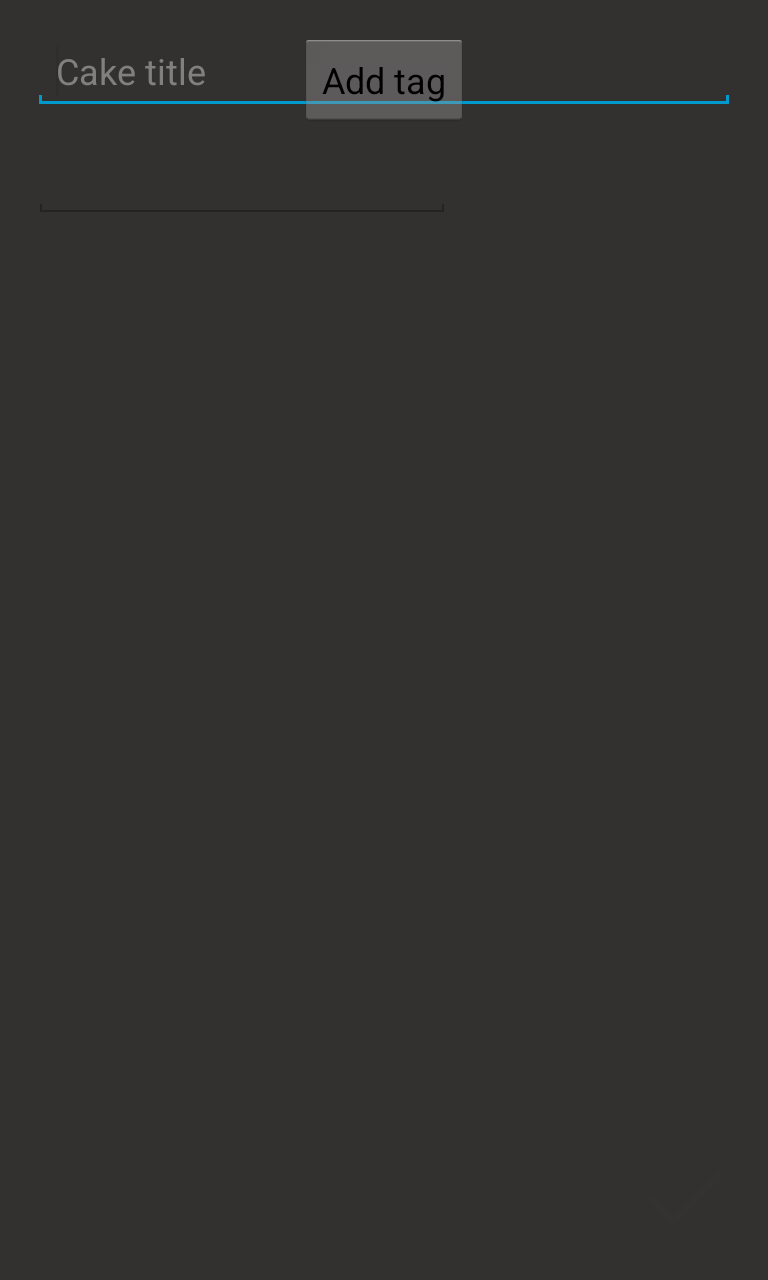
Repository: johnshaughnessy/onesec
Layout: OneSec-App/res/layout/activity_new_cake.xml
An editor plug-in stored every save of this project. The layout is shown before and after the next save, followed by the edit.
It is drawn on a 768 x 1280 px phone screen (xhdpi) without system bars, with theme RetroTheme; the app's code is not run.

Above is the layout before, as saved 2013-07-13 22:58:21.

After the next save:
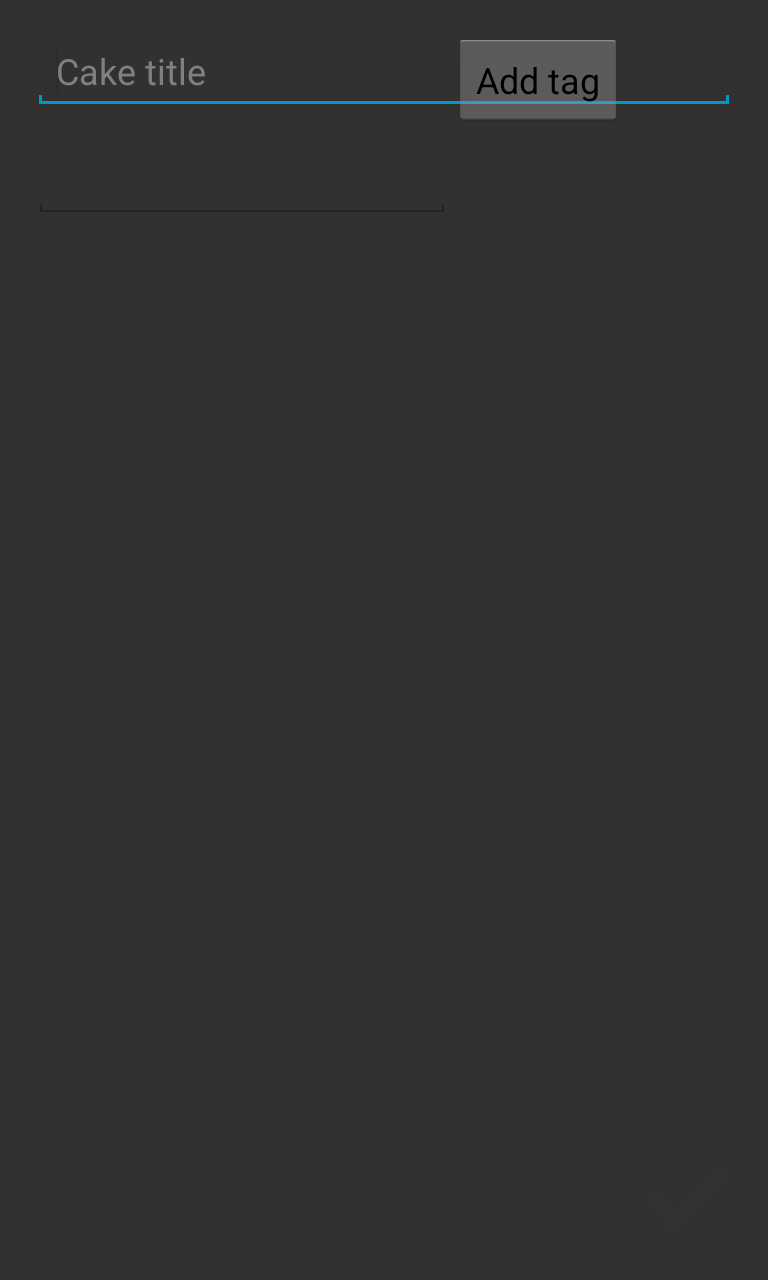
Saved 61 s later.
--- a/OneSec-App/res/layout/activity_new_cake.xml
+++ b/OneSec-App/res/layout/activity_new_cake.xml
@@ -56,9 +56,7 @@
         android:id="@+id/addTag"
         android:layout_width="wrap_content"
         android:layout_height="wrap_content"
-        android:layout_alignBaseline="@+id/uploadCake"
-        android:layout_alignBottom="@+id/uploadCake"
-        android:layout_centerHorizontal="true"
+        android:layout_toRightOf="@id/newCakeSprinkle"
         android:onClick="addTag"
         android:text="@string/addTag" />
 
